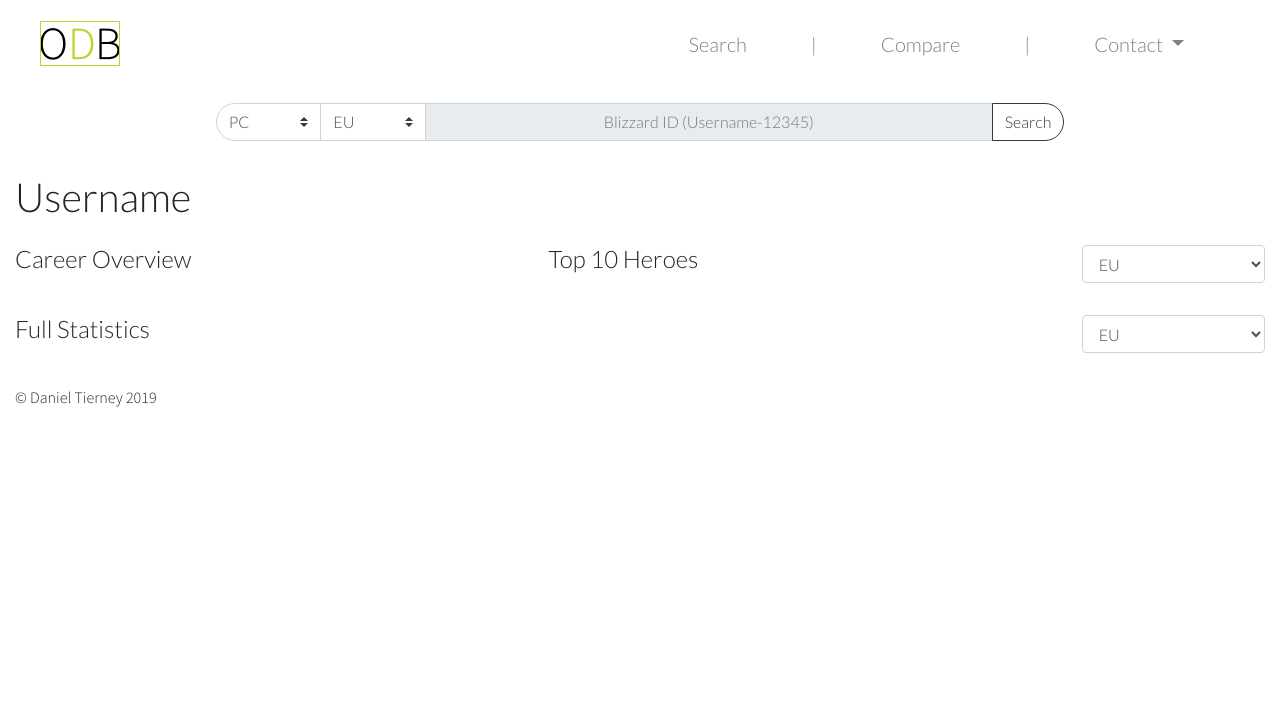
Repository: Cobonkoi/overwatch-dashboard
Page: search.html
The author's editor kept a record of every edit. The page is drawn from the files as they stood at one moment, then again after the next edit.
The browser window is 1280 px wide. The pictures show the whole page.

Above is the page before.

After the next edit:
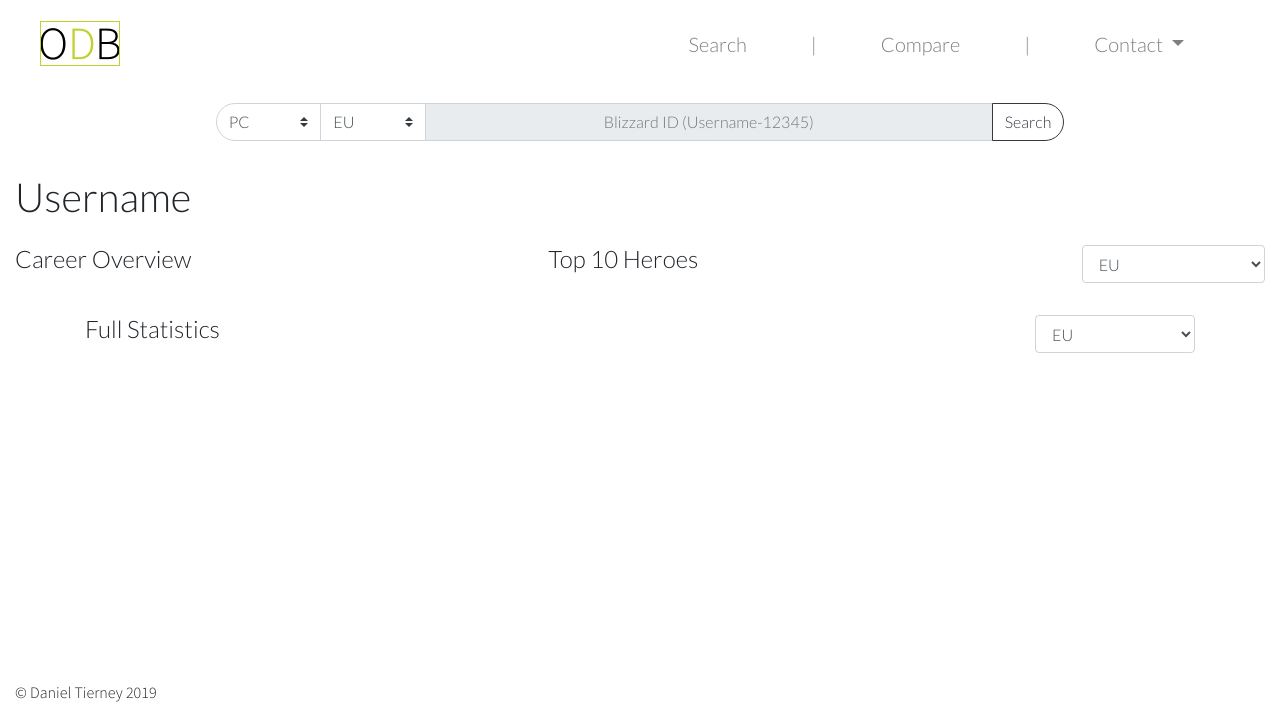
The edit:
--- a/search.html
+++ b/search.html
@@ -147,7 +147,7 @@
     <!-- /CAREER OVERVIEW -->
 
     <!-- FULL STATISTICS -->
-    <div class="container-fluid search-header-container">
+    <div class="container search-header-container  before-footer">
         <div class="row">
             <div class="col-10 mb-3">
                 <h4 class="" id="">Full Statistics</h4>
